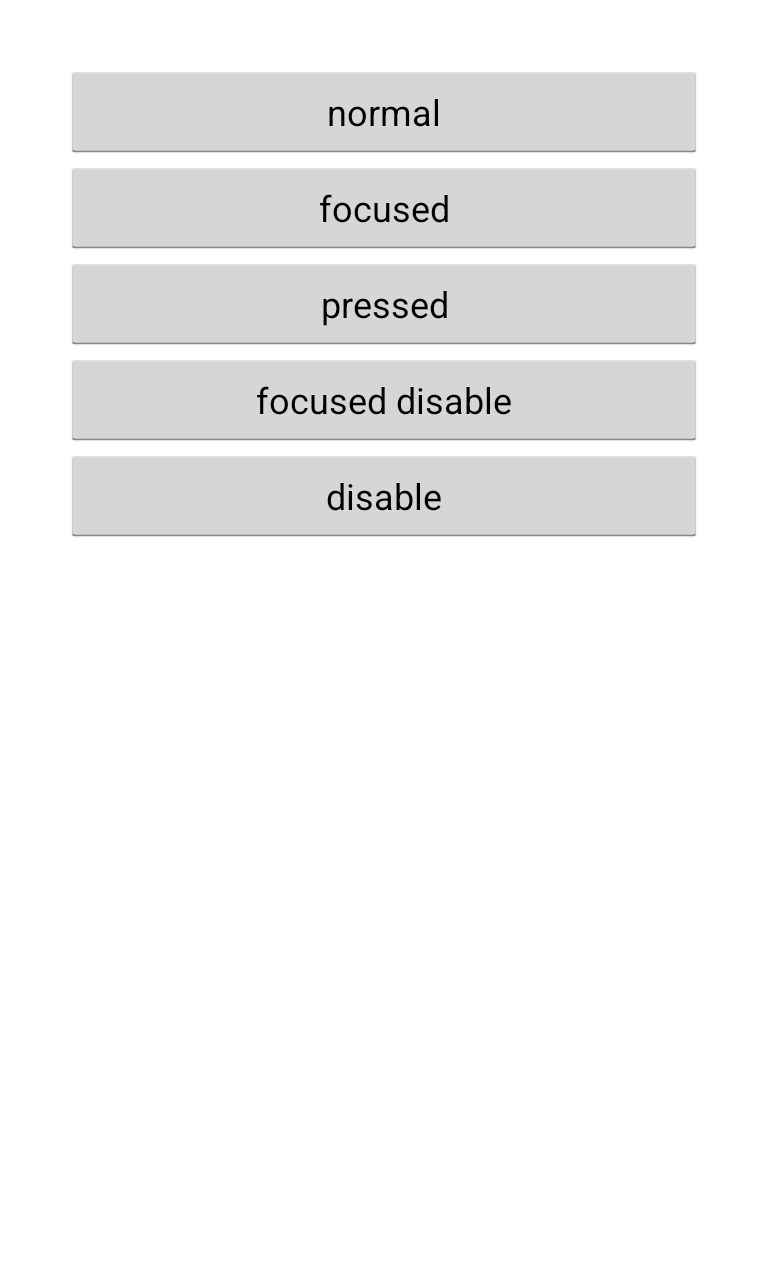
Repository: gabr/workspace
Layout: PierwszaAplikacja/res/layout/buttons_list.xml
These files come from the project's save history. The layout is drawn as it stood at one moment and after the next save; the edit follows.
It is drawn on a 768 x 1280 px phone screen (xhdpi) without system bars, with theme AppTheme; the app's code is not run.

Above is the layout before, as saved 2012-12-14 12:02:53.

After the next save:
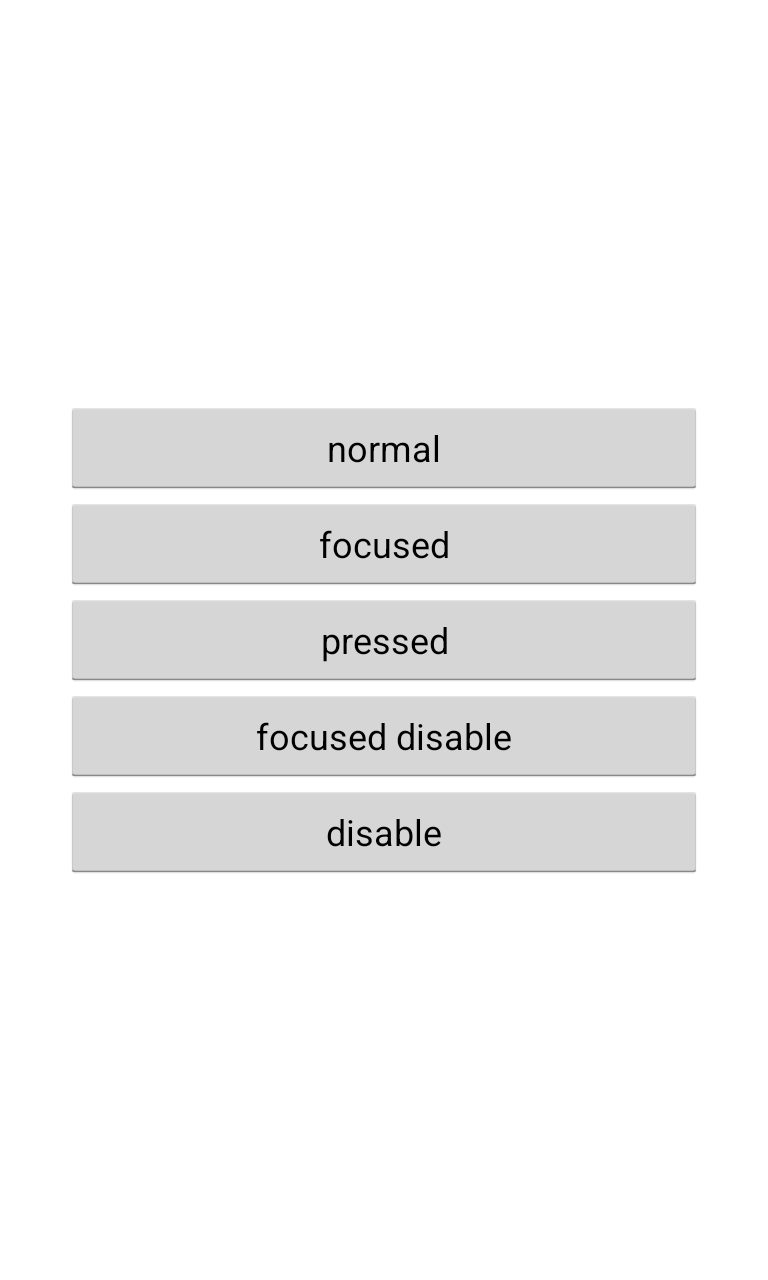
Saved 17 s later.
--- a/PierwszaAplikacja/res/layout/buttons_list.xml
+++ b/PierwszaAplikacja/res/layout/buttons_list.xml
@@ -3,7 +3,7 @@
     android:layout_width="fill_parent"
     android:layout_height="fill_parent"
     android:orientation="vertical"
-    android:paddingTop="32dp"
+    android:gravity="center_vertical"
     android:paddingLeft="32dp"
     android:paddingRight="32dp" >
 
